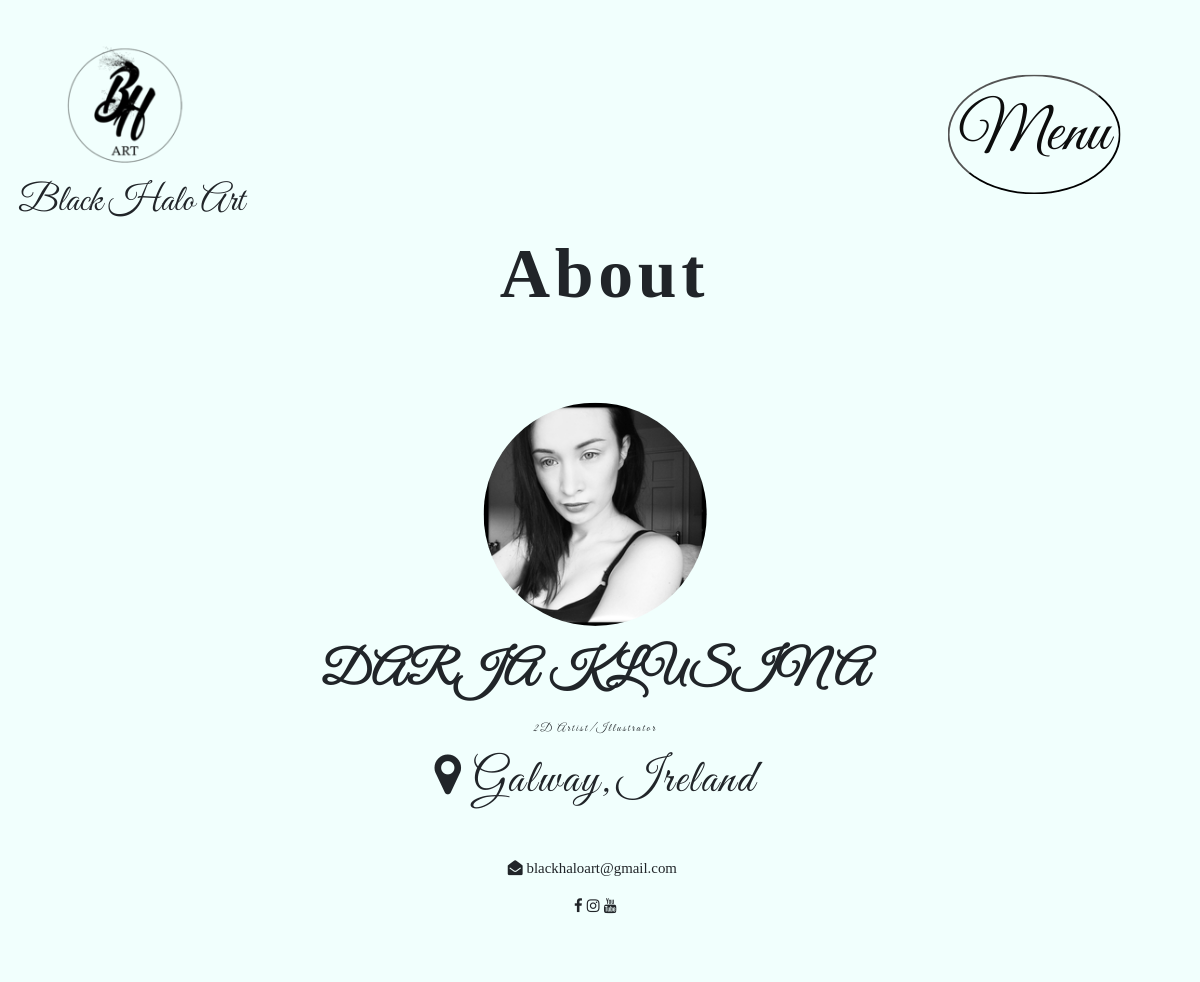
Repository: Cosy-Chaos/project-time
Page: about.html
The author's editor kept a record of every edit. The page is drawn from the files as they stood at one moment, then again after the next edit.
The browser window is 1280 px wide. The page is 1290 px wide, so the pictures cover 1290 px, including what lies to the right of the window. The pictures show the whole page, at 93% of full size.

Above is the page before.

### about.html
<!DOCTYPE html>
<html lang="en">

<head>
    <meta charset="UTF-8">
    <meta name="viewport" content="width=device-width, initial-scale=1.0">
    <meta http-equiv="X-UA-Compatible" content="ie=edge">
    <link href="https://fonts.googleapis.com/css?family=Cinzel|Great+Vibes&display=swap" rel="stylesheet">
    <link rel="stylesheet" href="https://stackpath.bootstrapcdn.com/bootstrap/4.3.1/css/bootstrap.min.css" integrity="sha384-ggOyR0iXCbMQv3Xipma34MD+dH/1fQ784/j6cY/iJTQUOhcWr7x9JvoRxT2MZw1T" crossorigin="anonymous">
    <link rel="stylesheet" href="assets/style_about.css" type="text/css" />
    <link rel="stylesheet" href="https://stackpath.bootstrapcdn.com/font-awesome/4.7.0/css/font-awesome.min.css" type="text/css" />

    <title>Darja Klusina Art</title>
</head>

<body>

    <div class="main-logo">
        <a href="index.html" alt="Main Page"><img src="assets/logo/logo-small.png" alt="Main_Logo"></a></img>
        <div class="name">
            <h1>Black Halo Art</h1>
            <h2>About</h2>
        </div>
        <div class="dropdown">
            <button class="dropbtn">Menu</button>
            <div class="dropdown-content">
                <a href="index.html">Home</a>
                <a href="gallery.html">Gallery</a>
                <a href="about.html">About</a>
                <a href="contact.html">Contact</a>
            </div>
        </div>
    </div>

    <div class="about-main">
        <div class="container-box">
            <img class="circle" width="240" height="240" alt="Darja Klusina" src="assets/pictures/photo_small.jpg"></img>
            <div class="about-name title-font">Darja Klusina</div>
            <div class="about-job-name site-subtitle">2D Artist/Illustrator</div>
            <div class="about-location">
                <span class="fa fa-map-marker">
            </span> Galway,Ireland
            </div>
            <div class="about-email">
                <a href="mailto:blackhaloart@gmail.com">
                <span class="fa fa-envelope-open icon-pad-right">
                    blackhaloart@gmail.com
                </span>
            </a>
            </div>
        </div>
        <div class="about-social">
            <div class="so-item">

                <a href="https://www.facebook.com/blackhaloartist" target="_blank"><i class="fa fa-facebook"></i></a>
                <a href="https://www.instagram.com/blackhaloart/?fbclid=IwAR0IRtwjyj7-B-Tjv5CWjwHUeW9T6ptEm2dCBusSJtjk9olMUAFV6_Zk6og" target="_blank"><i class="fa fa-instagram"></i></a>
                <a href="https://www.youtube.com/channel/UCi3hfkN2DdiEeLvPHpxXXuQ?fbclid=IwAR0wBTjIhNcOKGbDGRSvACz2A8fbxU-7GMN3wKTMOusY2LFUkzb-oG_WCSA" target="_blank"><i class="fa fa-youtube"></i></a>

            </div>
        </div>
    </div>

</body>

</html>

### assets/style_about.css
body {
    background-color: #f1fffd;
}



.main-logo {
    padding-top: 50px;
    padding-left: 20px;
    margin: 0;
    text-align: left;

}

.main-logo img {
    padding-left: 50px;
}

.main-logo h1 {
    font-family: 'Great Vibes', cursive;
    padding-top: 15px;
    text-align: left;
}

.main-logo h2 {
    text-align: center;
    font-family: 'Fredericka the Great', cursive;
    font-size: 75px;
    font-weight: 600;
    letter-spacing: 5px;
}

.dropbtn {
    background-color: transparent;
    font-family: 'Great Vibes', cursive;
    color: #0d0d0d;
    font-size: 70px;
    padding: 10px;
    border-radius: 100%;
}

.dropdown {
    position: absolute;
    top: 80px;
    right: 75px;
    display: inline-block;
}


.dropdown-content {
    display: none;
    position: absolute;
    background-color: transparent;
    min-width: 185px;
    box-shadow: 0px 2px 8px 0px #191970;
    z-index: 1;
}


.dropdown-content a {
    color: #0d0d0d;
    font-family: 'Great Vibes', cursive;
    text-align: center;
    font-size: 40px;
    padding: 12px 16px;
    text-decoration: none;
    display: block;
}


.dropdown-content a:hover {
    background-color: #ddd;
}


.dropdown:hover .dropdown-content {
    display: block;
}


.dropdown:hover .dropbtn {
    background-color: transparent;
}

.about-main {
    text-align: center;
    margin: 0 -0.625rem;
    padding: 5.375rem 0 4.375rem;
    padding-top: 5.375rem;
    padding-right: 0px;
    padding-bottom: 4.375rem;
    padding-left: 0px;
}

.container-box {
    margin-left: auto;
    margin-right: auto;
    padding-left: 0.9375rem;
    padding-right: 0.9375rem;
    width: 100%;
}

.circle {
    border-radius: 50%;
}

.container-box img {

    border-style: none;
}

.about-name {
    font-family: ;
    font-weight: 700;
    text-transform: uppercase;
    margin-top: 0.75rem;
}

.about-name, .title-font {
    font-family: 'Great Vibes', cursive;
    font-size: 50px;
    letter-spacing: 2px;
}

.about-job-name, .site-subtitle{
    font-family: 'Great Vibes', cursive;
    font-size: 50px;
    letter-spacing: 2px;
}

.about-position {
    margin-top: -0.375rem;
}

.site-subtitle {
    font-size: 0.75rem;
    color: ;
    margin-top: 0.9375rem;
}

.about-location {
    font-size: 0.875rem;
    margin-top: 0.5662rem;
}

.about-location {
    font-family: 'Great Vibes', cursive;
    font-size: 50px;
    letter-spacing: 2px;
}

.icon-pad-right {
    margin-right: 0.375rem;
}

.fa,
.fa-map-marker {
    -webkit-font-smoothing: antialiased;
    display: inline-block;
    font-style: normal;
    font-variant: normal;
    text-rendering: auto;
    line-height: 1;
}

.about-email {
    margin-top: 2.125rem;
    margin-bottom: 0.4375rem;
}

.about-email a {
    display: inline-block;
    vertical-align: top;
    background: var(--about-link-bg);
    border: 0.0625rem solid var(--social-circle-border);
    color: var(--social-circle-color);
    padding: 0.625rem 1.1875rem;
    border-radius: 1.5rem;
}

a,
.active a {
    color: var(--link-color);
    text-decoration: none;
    -webkit-transition: color 0.25s cubic-bezier(0.45, 0.3, 0.15, 0.95), opacity 0.25s cubic-bezier(0.45, 0.3, 0.15, 0.95);
    transition: color 0.25s cubic-bezier(0.45, 0.3, 0.15, 0.95), opacity 0.25s cubic-bezier(0.45, 0.3, 0.15, 0.95);
}

a {
    background-color: transparent;
}

.icon-pad-right {
    margin-right: 0.375rem;
}

.fa {
    font-weight: 400;

}

.fa,
.fa-envelope-open {
    -webkit-font-smoothing: antialiased;
    display: inline-block;
    font-style: normal;
    font-variant: normal;
    text-rendering: auto;
    line-height: 1;
}

After the next edit:
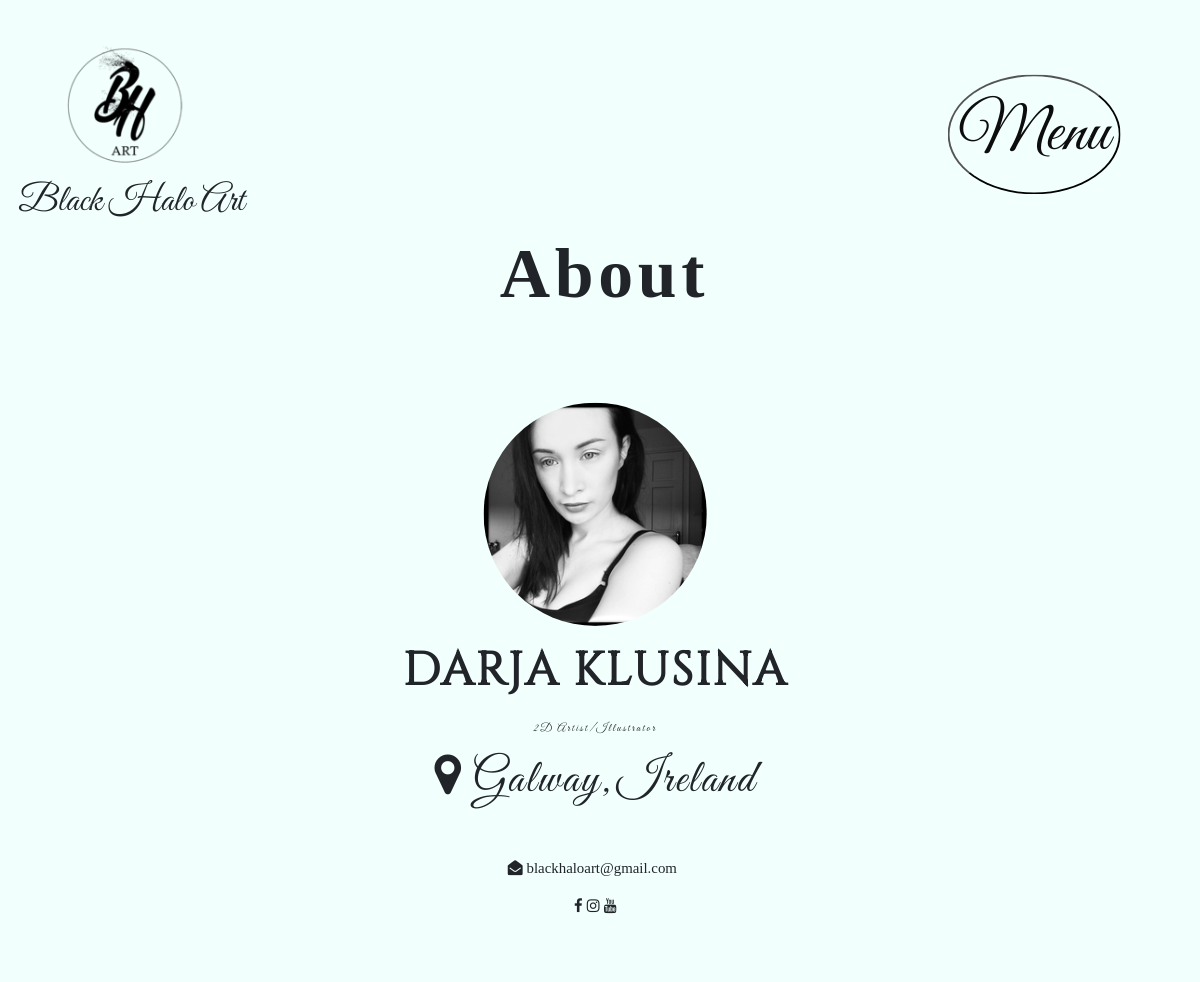
The edit:
--- a/assets/style_about.css
+++ b/assets/style_about.css
@@ -117,7 +117,7 @@
 }
 
 .about-name, .title-font {
-    font-family: 'Great Vibes', cursive;
+    font-family: 'Cinzel', serif;
     font-size: 50px;
     letter-spacing: 2px;
 }
